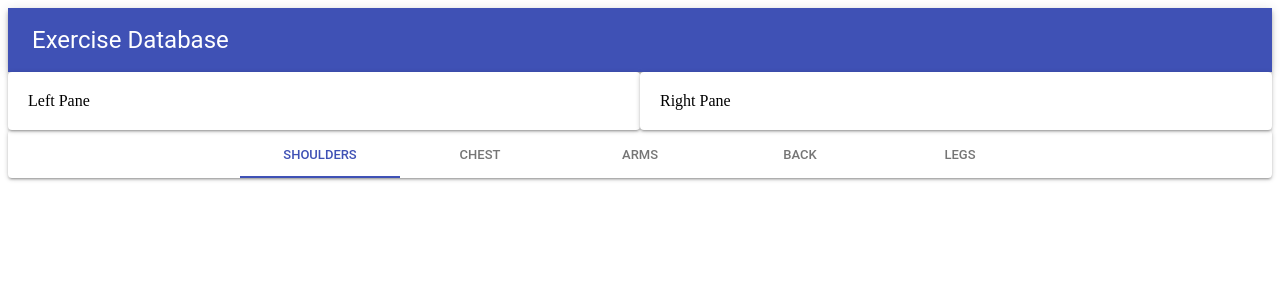
Repository: Votex874/material-ui
Page: /
The author's editor kept a copy of each file at every save. The page is drawn from the files as they stood at one save, then again after the next save.
The browser window is 1280 px wide. The pictures show the whole page.
The project was rebuilt for these pictures with package versions that can differ from the ones it lists, and the page was loaded fresh each time.

Above is the page before, as saved 2019-03-24 12:33:44.

After the next save:
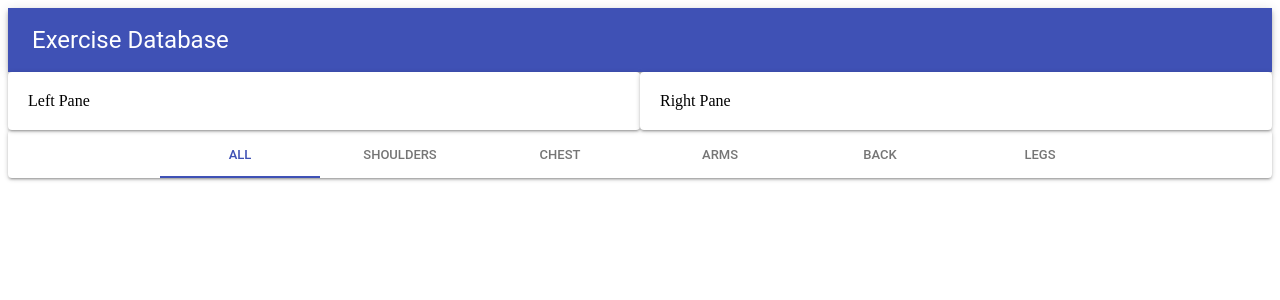
Saved 30 s later.
--- a/src/Components/Layouts/Footer.js
+++ b/src/Components/Layouts/Footer.js
@@ -10,7 +10,7 @@ const Footer = ({ muscles }) => {
         indicatorColor="primary"
         textColor="primary"
         centered
-      >
+      > <Tab label='All' />
         {muscles.map( group => {
           return <Tab label={group} />
         })}
